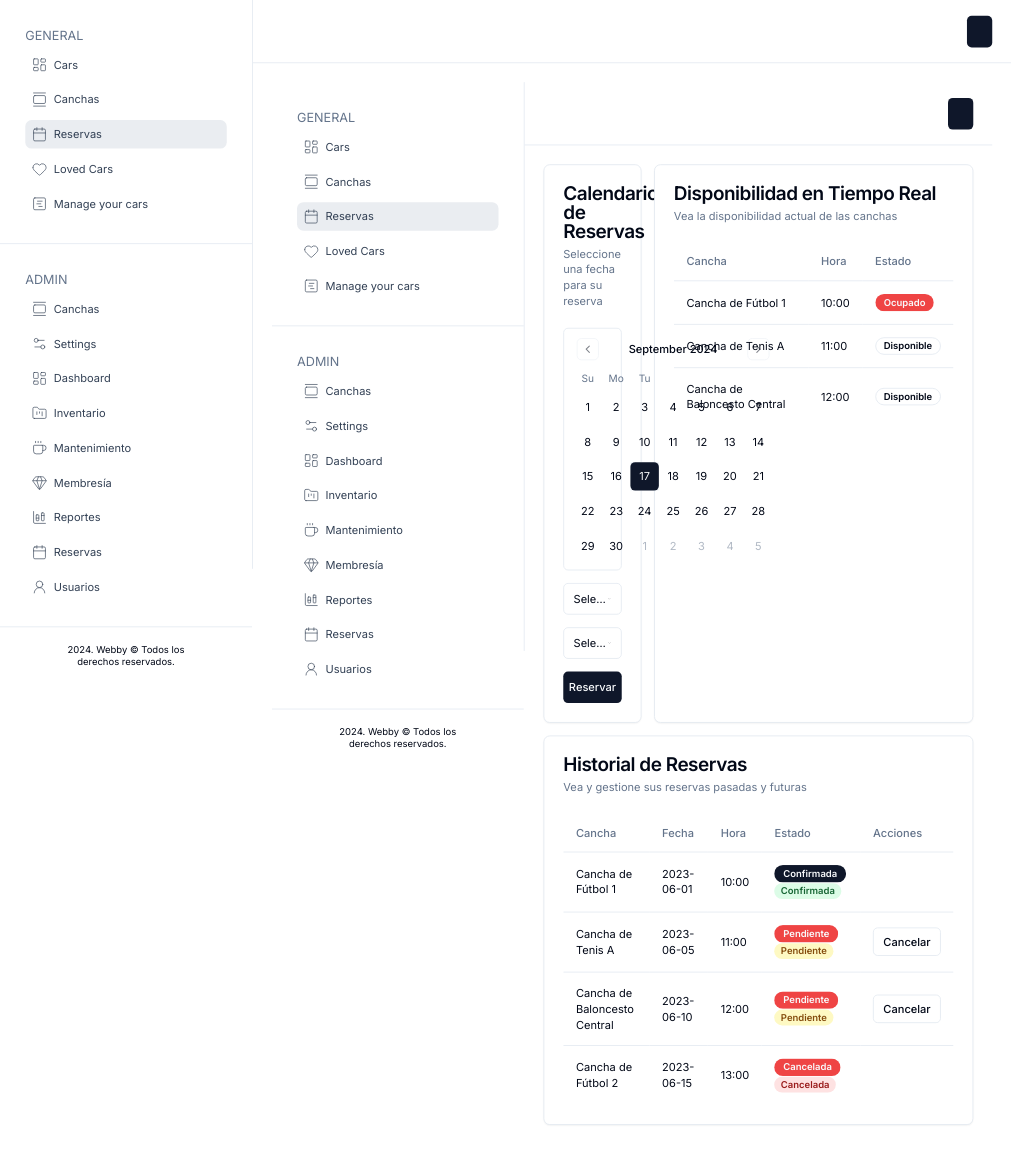
Repository: Jackson-sch/cdeporte
Page: /reservas
These files come from the project's save history. The page is drawn as it stood at one moment and after a run of saves; the edit follows.
The browser window is 1280 px wide. The pictures show the whole page, at 79% of full size.
The project was rebuilt for these pictures with package versions that can differ from the ones it lists, and the page was loaded fresh each time. The framework's server and built-in components were replaced by stand-ins that run in the browser. Also part of the build but not shown: next.config.mjs, src/components/ui/label.jsx, src/components/ui/input.jsx, src/components/Reservas/HistorialReserva.jsx.

Above is the page before, as saved 2024-09-17 20:17:28.

After the next 2 saves:
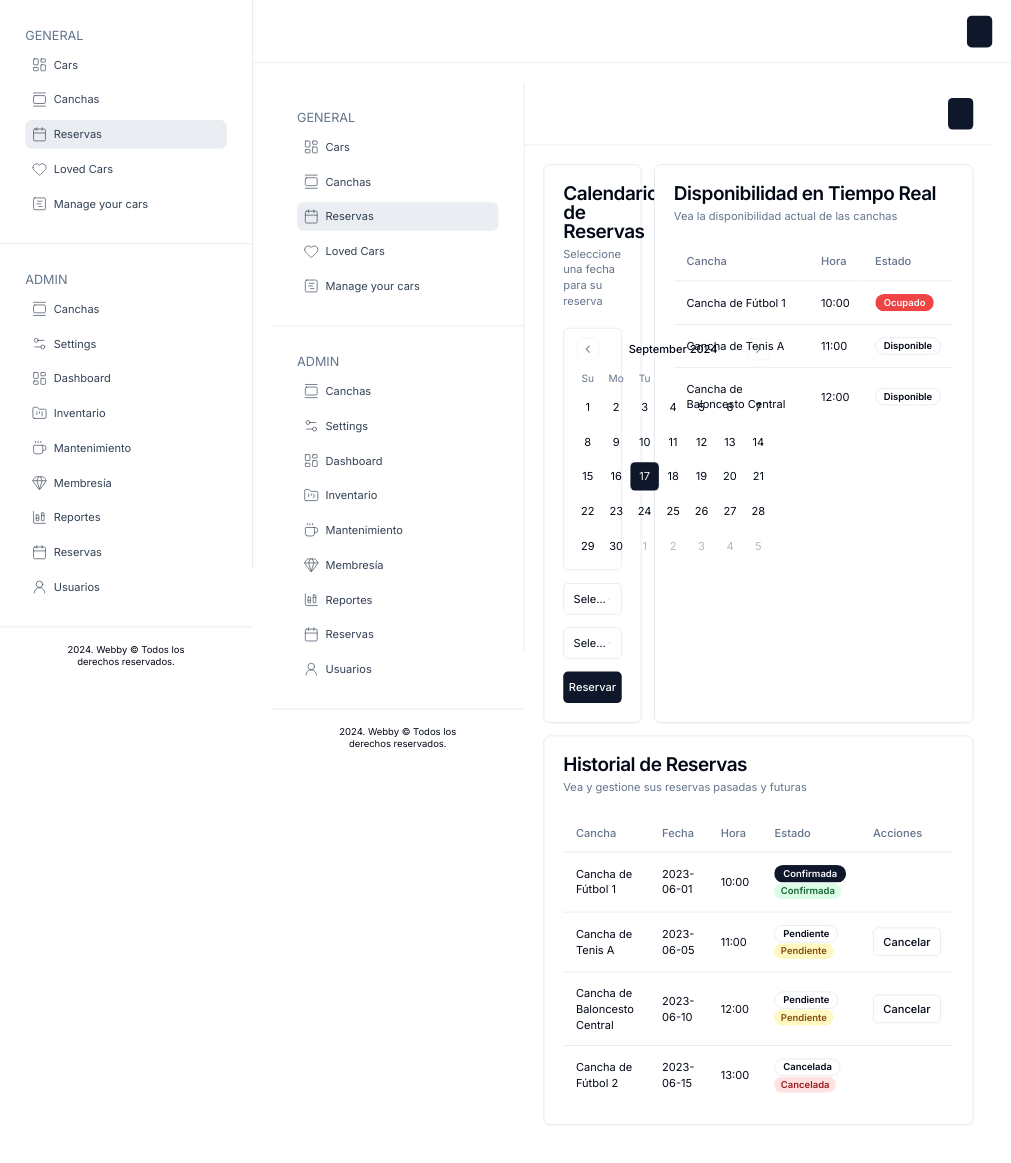
The 2 saves are shown as one change because they came seconds apart.
The last was saved 18 s later.
--- a/src/components/Reservas/ReservationHistory.jsx
+++ b/src/components/Reservas/ReservationHistory.jsx
@@ -101,7 +101,8 @@ export default function ReservationHistory() {
                     variant={
                       reservation.status === "Confirmada"
                         ? "default"
-                        : "destructive"
+                        : reservation.status === "Cancelada"
+
                     }
                   >
                     {reservation.status}
